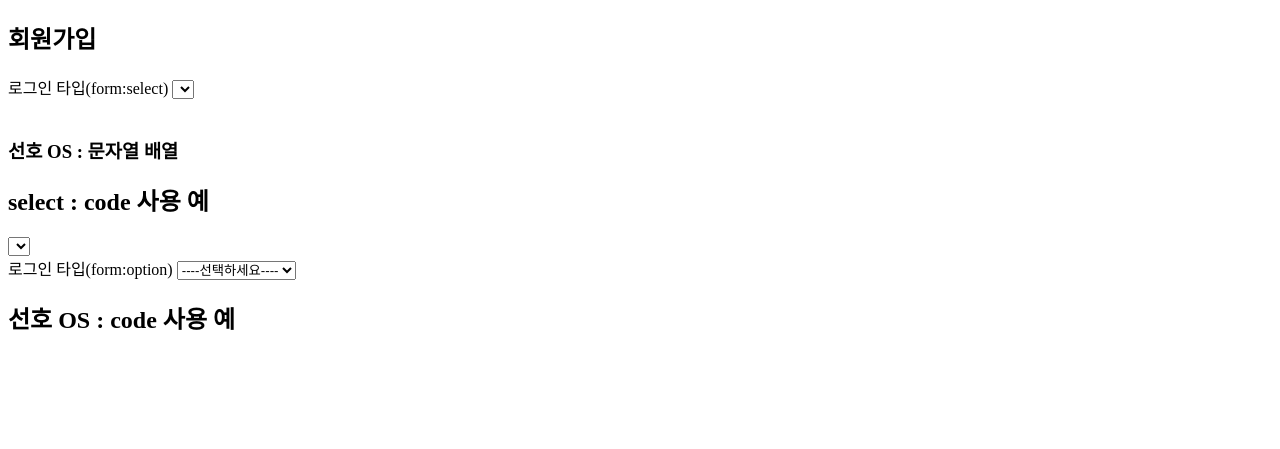
Repository: hanskim431/STS_Study
Page: http://localhost/sp5-chap11/WEB-INF/view/form/form2.jsp
These files come from the project's save history. The page is drawn as it stood at one moment and after the next save; the edit follows.
The browser window is 1280 px wide. The pictures show the whole page.
The page is served by Tomcat 9. Nobody is signed in. Other server files are loaded and not shown. The template is opened directly, without the code that normally fills it, so the values that code supplies are empty.

Above is the page before, as saved 2023-06-09 03:06:57.

### sp5-chap11/src/main/webapp/WEB-INF/view/form/form2.jsp
<%@ page language="java" contentType="text/html; charset=UTF-8"
    pageEncoding="UTF-8"%>
<%@ taglib prefix="c" uri="http://java.sun.com/jsp/jstl/core" %>
<%@ taglib prefix="form" uri="http://www.springframework.org/tags/form" %>
<!DOCTYPE html>
<html>
<head>
<meta charset="UTF-8">
<title>Insert title here</title>
</head>
<body>
<h2>회원가입</h2>
<form:form modelAttribute="formCommand">
	<!--  -->
	<div>
		<label for="loginType">로그인 타입(form:select)</label>
		<form:select path="loginType" items="${loginType}"></form:select>
	</div>

	<br>

	<div>
	<h3>선호 OS : 문자열 배열</h3>
	<form:checkboxes items="${favoriteOsNames}" path="favoriteOS" element="div"/>
	</div>

	<div>
	<h2>select : code 사용 예</h2>
	<form:select path="jobCode">
		<form:options items="${jobCode}" itemLabel="label" itemValue="code"/>
	</form:select>
	</div>

</form:form>

<form:form modelAttribute="formCommand">
	<div>
		<label for="loginType">로그인 타입(form:option)</label>
		<form:select path="loginType">
			<option value="">----선택하세요----</option>
			<form:option value="특수회원"/>
			<form:options items="${loginType}"/>
		</form:select>
	</div>

	<div>
	<h2>선호 OS : code 사용 예</h2>
		<form:checkboxes items="${favoriteOsCodes}" path="favoriteOS" itemLabel="label" itemValue="code"/>
	</div>
</form:form>
</body>
</html>

After the next save:
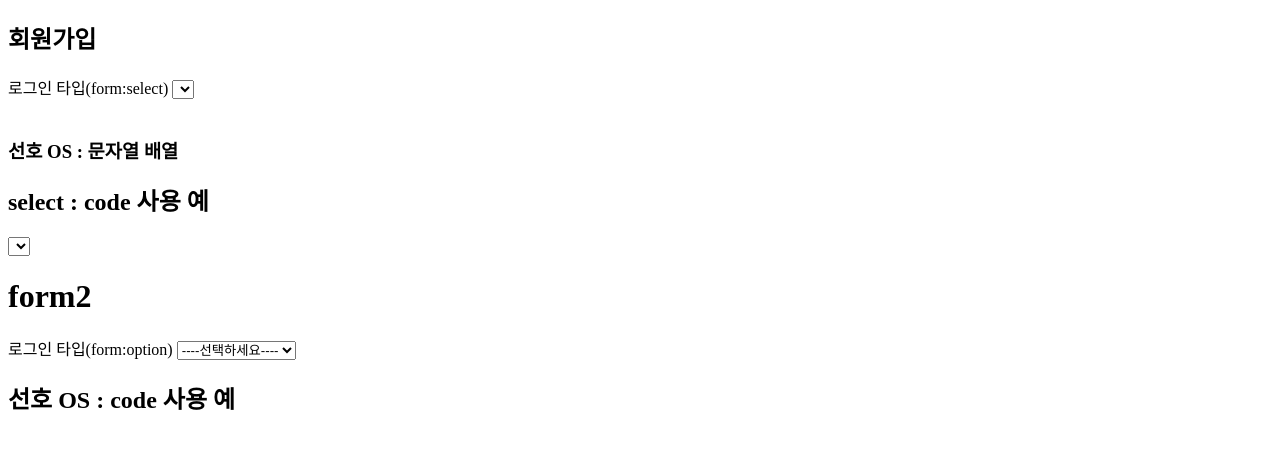
Saved 19 s later.
--- a/sp5-chap11/src/main/webapp/WEB-INF/view/form/form2.jsp
+++ b/sp5-chap11/src/main/webapp/WEB-INF/view/form/form2.jsp
@@ -34,6 +34,7 @@
 </form:form>
 
 <form:form modelAttribute="formCommand">
+	<h1>form2</h1>
 	<div>
 		<label for="loginType">로그인 타입(form:option)</label>
 		<form:select path="loginType">
